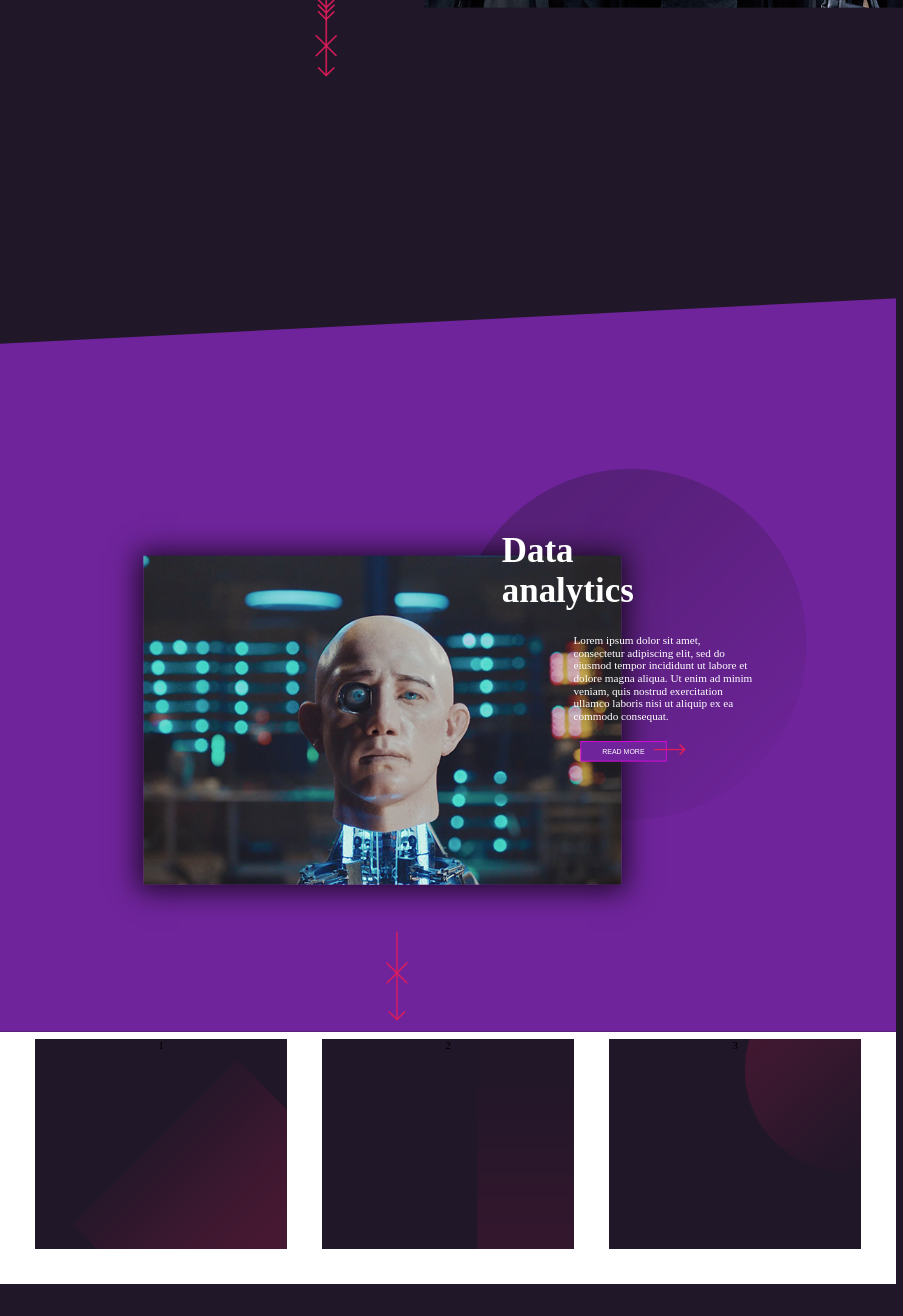
Repository: Ajtheult/King-James-Site
Page: index.html
An editor plug-in stored every save of this project. The page is shown before and after the next save, followed by the edit.
The browser window is 1280 px wide. The page is 1290 px wide, so the pictures cover 1290 px, including what lies to the right of the window. The pictures show the part of the page from y = 1835 to 3715 px (the page is 3715 px tall), at 70% of full size.
Some web fonts or font styles are not loaded; a fallback is used. The style sheet was rebuilt from its Sass, Less or Tailwind sources for each picture, by a compiler version that may differ from the author's.

Above is the page before, as saved 2020-08-21 13:52:45.

### index.html
<!DOCTYPE html>
<html lang="en">
  <head>
    <meta charset="UTF-8" />
    <meta name="viewport" content="width=device-width, initial-scale=1.0" />
    <!-- Font Awesome -->
    <link
      rel="stylesheet"
      href="https://use.fontawesome.com/releases/v5.7.2/css/all.css"
      integrity="sha384-fnmOCqbTlWIlj8LyTjo7mOUStjsKC4pOpQbqyi7RrhN7udi9RwhKkMHpvLbHG9Sr"
      crossorigin="anonymous"
    />
    <!-- Font Awesome -->
    <!-- Fonts -->
    <link
      href="https://fonts.googleapis.com/css2?family=Playfair+Display&display=swap"
      rel="stylesheet"
    />
    <link
      href="https://fonts.googleapis.com/css2?family=Gruppo&display=swap"
      rel="stylesheet"
    />
    <!-- Fonts -->
    <link rel="stylesheet" href="./styling/index.css" />
    <title>King James</title>
  </head>
  <body>
    <div class="box">
      <i class="fas fa-bars move_icon"></i>
      <img
        src="./kjd-fontend-test-files/kjd-assets/kjd-logo.png"
        alt="img"
        class="heading"
      />
      <img
        src="./kjd-fontend-test-files/kjd-assets/arrow-down.png"
        alt=""
        srcset=""
        class="white_arrow"
      />
    </div>
    <div class="box_two">
      <div>
        We offer an interconnected set of services to help our clients respond
        to the disruptions and seize the opportunities of the digital age.
        <button type="button">ABOUT US</button>
        <img
          src="./kjd-fontend-test-files/kjd-assets/arrow-right.png"
          alt="arrow"
          class="arrow_by_button"
        />
      </div>
    </div>
    <!-- Second section -->
    <div class="box_three">
      <img
        src="./kjd-fontend-test-files/kjd-assets/missing.png"
        alt="cross"
        class="move_cross"
      />
      <div class="text-box">
        <h1 class="title">Advertising communications</h1>
        <p>
          Lorem ipsum dolor sit amet, consectetur adipiscing elit, sed do
          eiusmod tempor incididunt ut labore et dolore magna aliqua. Ut enim ad
          minim veniam, quis nostrud exercitation ullamco laboris nisi ut
          aliquip ex ea commodo consequat.
        </p>
        <button type="button">READ MORE</button>
        <img
          src="./kjd-fontend-test-files/kjd-assets/arrow-right.png"
          alt="arrow"
          class="arrow_by_button"
        />
      </div>
      <img
        src="./kjd-fontend-test-files/kjd-assets/hex-gradient.png"
        alt="hex"
        class="move_hex"
      />
      <img
        src="./kjd-fontend-test-files/kjd-assets/arrow-glyph.png"
        alt="arrow"
        class="cross_arrow"
      />
      <img
        src="./kjd-fontend-test-files/kjd-assets/image-slider-1.jpg"
        alt="people"
        class="people"
      />
      <img
        src="./kjd-fontend-test-files/kjd-assets/glyph.png"
        alt="squiggle"
        class="squiggle"
      />
    </div>
    <div class="box_four">
      <img
        src="./kjd-fontend-test-files/kjd-assets/circle-gradient.png"
        alt="circle"
        class="circle"
      />
      <img
        src="./kjd-fontend-test-files/kjd-assets/image-slider-2.jpg"
        alt="robot"
        class="robot"
      />
      <div class="text-box-2">
        <h1 class="title_of_robot">Data analytics</h1>
        <p>
          Lorem ipsum dolor sit amet, consectetur adipiscing elit, sed do
          eiusmod tempor incididunt ut labore et dolore magna aliqua. Ut enim ad
          minim veniam, quis nostrud exercitation ullamco laboris nisi ut
          aliquip ex ea commodo consequat.
        </p>
        <button type="button">READ MORE</button>
        <img
          src="./kjd-fontend-test-files/kjd-assets/arrow-right.png"
          alt="arrow"
          class="arrow_by_button"
        />
      </div>
      <img
        src="./kjd-fontend-test-files/kjd-assets/arrow-glyph-2.png"
        alt="arrowtwo"
        class="arrow_with_cross"
      />
    </div>
    <div class="box_five">
      <div class="grid-container">
        <div class="grid-item num_one">1</div>
        <div class="grid-item num_two">2</div>
        <div class="grid-item num_three">3</div>
      </div>
    </div>
  </body>
</html>

### styling/index.scss
body {
  margin: 0;
  padding: 0;
  background-color: rgb(32, 23, 40);
}

.box {
  background-image: url(../kjd-fontend-test-files/kjd-assets/hearo-top.jpg);
  background-position: center;
  background-size: cover;
  height: 120vh;
  clip-path: polygon(0 0, 100% 0%, 100% 100%, 0 92%);
  .heading {
    color: black;
    position: absolute;
    top: 50%;
    left: 50%;
    transform: translate(-50%, -50%);
    text-align: center;
  }
  .move_icon {
    color: white;
    margin-left: 98%;
    margin-top: 1%;
  }
  .white_arrow {
    top: 95%;
    left: 50%;
    transform: translate(-50%, -50%);
    position: absolute;
  }
}

.box_two {
  background-color: rgb(111, 36, 155);
  height: 50%;
  width: 70%;
  position: absolute;
  top: 68%;
  left: 50%;
  transform: translate(-50%, -50%);
  margin-top: 420px;
  clip-path: polygon(0 0, 100% 0, 100% 87%, 0% 100%);
  div {
    font-size: 265%;
    font-family: "Playfair Display", serif;
    text-align: center;
    color: white;
    margin-top: 2%;
    position: absolute;
    padding-left: 10%;
    padding-right: 10%;
  }
  button {
    border: 1px solid rgb(255, 0, 242);
    background-color: rgb(111, 36, 155);
    color: white;
    padding: 8px 30px;
    font-size: 10px;
    position: absolute;
    transform: translate(-70%, 270%);
  }
  .arrow_by_button {
    transform: translate(30%, 340%);
  }
}

.box_three {
  margin-top: 50%;
  .move_cross {
    position: absolute;
    top: 170%;
    left: 50%;
    transform: translate(-50%, -50%);
    z-index: -1;
  }
  .move_hex {
    transform: translate(90%, -125%);
    // z-index: -1;
  }
  .people {
    transform: translate(20%, -102%);
  }
  .squiggle {
    transform: translate(20%, -720%);
  }
  .cross_arrow {
    transform: translate(50%, -300%);
  }
  .text-box {
    transform: translate(95%, -80%);
    width: 20%;
    // z-index: 2;
    .title {
      font-size: 350%;
      color: white;
    }
    p {
      color: white;
      font-family: "Gruppo", cursive;
    }
    button {
      border: 1px solid rgb(255, 0, 242);
      background-color: rgb(32, 23, 40);
      color: white;
      padding: 8px 30px;
      font-size: 10px;
      position: absolute;
      transform: translate(0%, 50%);
    }
    .arrow_by_button {
      transform: translate(230%, 130%);
    }
  }
}

.box_four {
  height: 150vh;
  background-color: rgb(111, 36, 155);
  margin-top: -100px;
  clip-path: polygon(0 9%, 150% 0%, 100% 100%, 0% 100%);
  .circle {
    position: absolute;
    transform: translate(130%, 55%);
  }
  .robot {
    transform: translate(30%, 85%);
    -webkit-box-shadow: -1px 2px 38px 7px rgba(0, 0, 0, 0.75);
    -moz-box-shadow: -1px 2px 38px 7px rgba(0, 0, 0, 0.75);
    box-shadow: -1px 2px 38px 7px rgba(0, 0, 0, 0.75);
  }
  .text-box-2 {
    transform: translate(300%, -50%);
    width: 20%;
    // z-index: 2;
    .title_of_robot {
      font-size: 312%;
      color: white;
      transform: translate(-20%, 10%);
    }
    p {
      color: white;
      font-family: "Gruppo", cursive;
      transform: translate(20%, 10%);
    }
    button {
      border: 1px solid rgb(255, 0, 242);
      background-color: rgb(111, 36, 155);
      color: white;
      padding: 8px 30px;
      font-size: 10px;
      position: absolute;
      transform: translate(50%, 80%);
    }
    .arrow_by_button {
      transform: translate(370%, 170%);
    }
  }
  .arrow_with_cross {
    float: right;
    transform: translate(-2250%, 95%);
  }
}

.box_five {
  height: 50vh;
  background-color: white;
  .grid-container {
    display: grid;
    grid-column-gap: 50px;
    grid-template-columns: auto auto auto;

    padding: 10px;
    padding-left: 50px;
    padding-right: 50px;
    .grid-item {
      height: 300px;

      text-align: center;
    }
    .num_one {
      background-image: url(../kjd-fontend-test-files/kjd-assets/bg-square-gradient.png);
    }
    .num_two {
      background-image: url(../kjd-fontend-test-files/kjd-assets/bg-rectangle-gradient.png);
    }
    .num_three {
      background-image: url(../kjd-fontend-test-files/kjd-assets/bg-circle-gradient.png);
    }
  }
}

// Mobile
@media (max-width: 910px) {
  .box {
    background-image: url(../kjd-fontend-test-files/kjd-assets/hearo-top.jpg);
    background-position: center;
    background-size: cover;
    height: 120vh;
    clip-path: polygon(0 0, 100% 0, 100% 100%, 0 89%);
    .heading {
      color: black;
      position: absolute;
      top: 50%;
      left: 50%;
      transform: translate(-50%, -50%);
      text-align: center;
    }
    .move_icon {
      color: white;
      margin-left: 96%;
      margin-top: 1%;
    }
    .white_arrow {
      top: 93%;
      left: 50%;
      transform: translate(-50%, -50%);
      position: absolute;
    }
  }
  .box_two {
    background-color: rgb(111, 36, 155);
    height: 50%;
    width: 70%;
    position: absolute;
    top: 70%;
    left: 50%;
    transform: translate(-50%, -50%);
    margin-top: 420px;
    clip-path: polygon(0 0, 100% 0, 100% 87%, 0% 100%);
    div {
      font-size: 140%;
      font-family: "Playfair Display", serif;
      text-align: center;
      color: white;
      margin-top: 5%;
      position: absolute;
      padding-left: 10%;
      padding-right: 10%;
    }
    button {
      border: 1px solid rgb(255, 0, 242);
      background-color: rgb(111, 36, 155);
      color: white;
      padding: 8px 30px;
      font-size: 10px;
      position: absolute;
      transform: translate(-90%, 270%);
    }
    .arrow_by_button {
      transform: translate(-10%, 450%);
    }
  }
  // Box 3
  .box_three {
    margin-top: 850px;
    .move_cross {
      position: absolute;
      top: 170%;
      left: 50%;
      transform: translate(-50%, -50%);
      z-index: -1;
    }
    .move_hex {
      transform: translate(90%, -125%);
      width: 50%;
      height: 50%;
      // z-index: -1;
    }
    .people {
      transform: translate(20%, -102%);
    }
    .squiggle {
      transform: translate(20%, -720%);
    }
    .cross_arrow {
      transform: translate(50%, -300%);
    }
    .text-box {
      transform: translate(95%, -80%);
      width: 20%;
      // z-index: 2;
      .title {
        font-size: 350%;
        color: white;
      }
      p {
        color: white;
        font-family: "Gruppo", cursive;
      }
      button {
        border: 1px solid rgb(255, 0, 242);
        background-color: rgb(32, 23, 40);
        color: white;
        padding: 8px 30px;
        font-size: 10px;
        position: absolute;
        transform: translate(0%, 50%);
      }
      .arrow_by_button {
        transform: translate(230%, 130%);
      }
    }
  }

  .box_four {
    height: 100vh;
    background-color: rgb(111, 36, 155);
    margin-top: -200px;
    clip-path: polygon(0 9%, 100% 0%, 100% 100%, 0% 100%);
  }
}

After the next save:
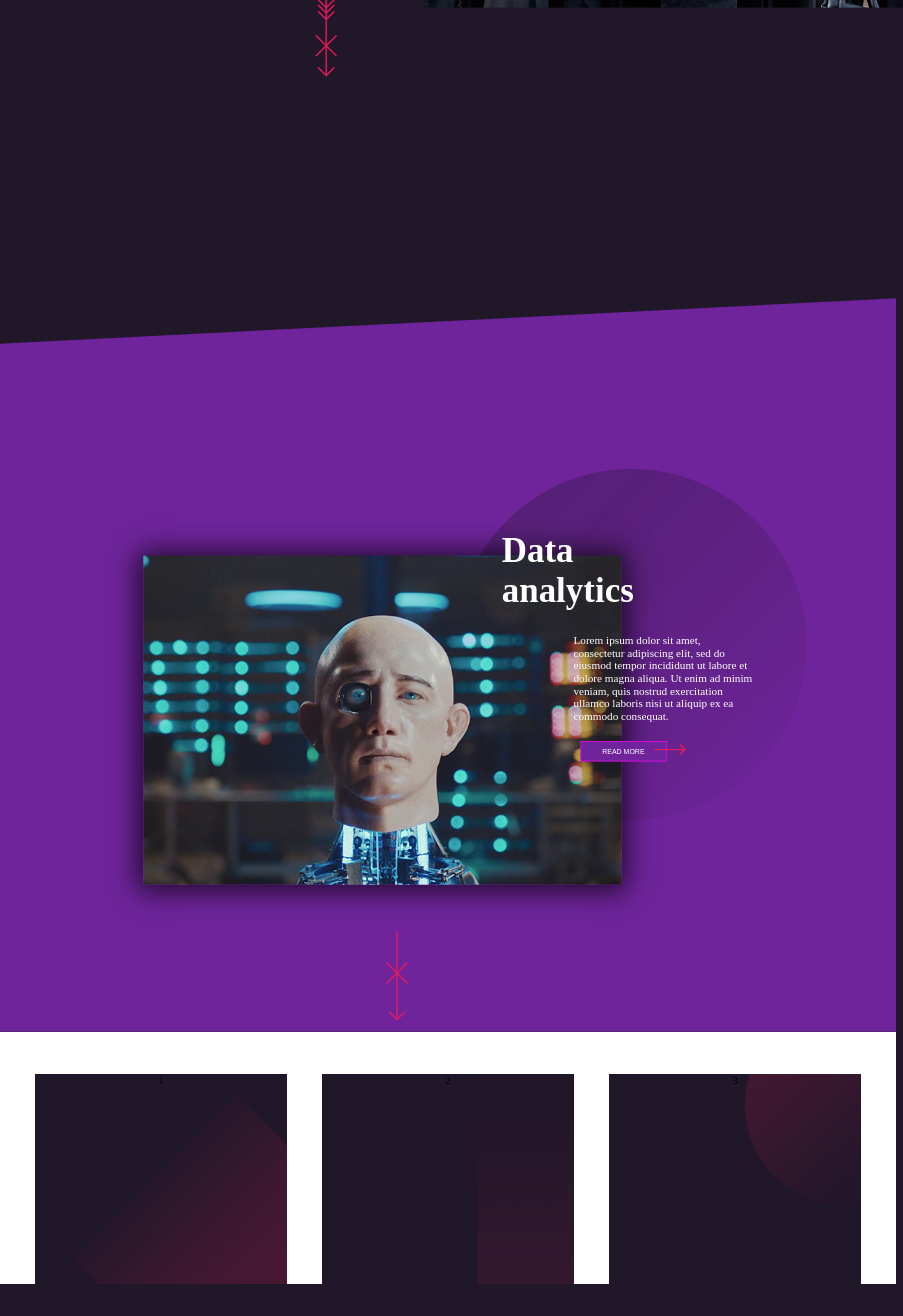
Saved 14 s later.
--- a/styling/index.scss
+++ b/styling/index.scss
@@ -170,7 +170,7 @@ body {
     grid-column-gap: 50px;
     grid-template-columns: auto auto auto;
 
-    padding: 10px;
+    padding-top: 60px;
     padding-left: 50px;
     padding-right: 50px;
     .grid-item {
